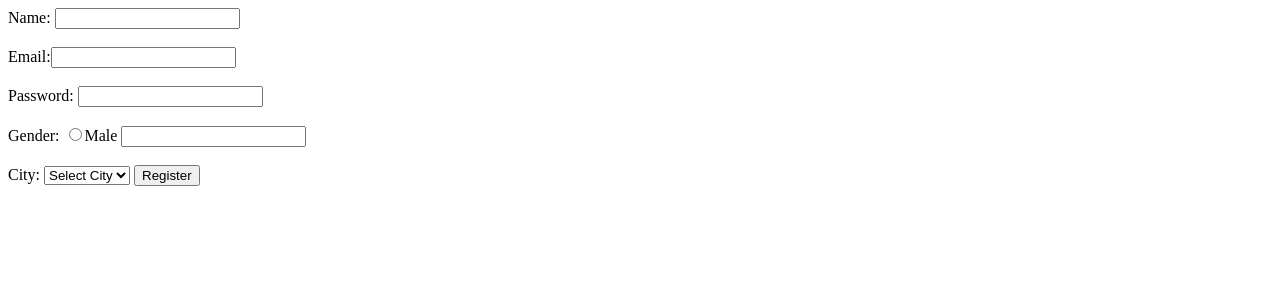
Repository: Ajay9554/javaPrograms
Page: http://localhost/RegisterLogin/
These files come from the project's save history. The page is drawn as it stood at one moment and after the next save; the edit follows.
The browser window is 1280 px wide. The pictures show the whole page.
The page is served by Tomcat 9. Other server files are loaded and not shown.

Above is the page before, as saved 2023-10-16 20:40:09.

### eclipse-workspace/aug1pro/RegisterLogin/src/main/webapp/index.jsp
<%@ page language="java" contentType="text/html; charset=UTF-8"
    pageEncoding="UTF-8"%>
<!DOCTYPE html>
<html>
<head>
<meta charset="UTF-8">
<title>Insert title here</title>
</head>
<body>
<form action="regForm" method="post">
Name: <input type="text" name="name"><br><br>
Email:<input type="email" name="email"><br><br>
Password: <input type="password" name="password"><br><br>
Gender: <input type="radio" name="gender">Male <input type="redio" name="gender"> <br><br>
City: <select name="city">
<option>Select City</option>
<option>Delhi</option>
<option>Mumbai</option>
<option>Pune</option>
<option>Banglore</option>

</select>
<input type="submit" value="Register">


</form>



</body>
</html>

After the next save:
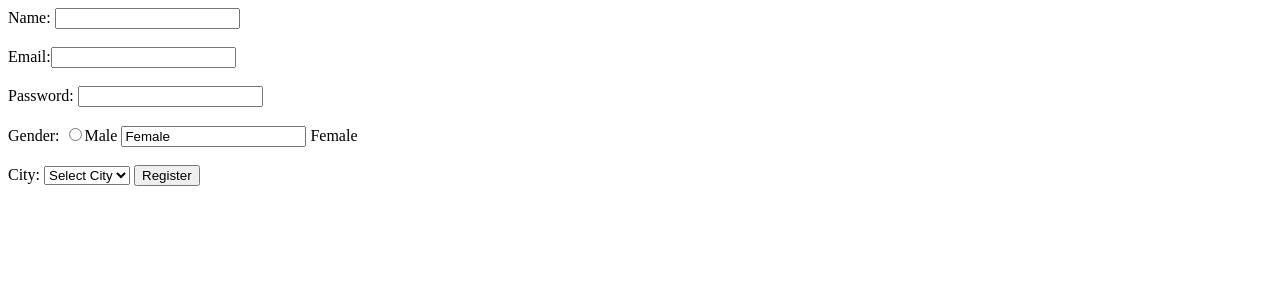
Saved 90 s later.
--- a/eclipse-workspace/aug1pro/RegisterLogin/src/main/webapp/index.jsp
+++ b/eclipse-workspace/aug1pro/RegisterLogin/src/main/webapp/index.jsp
@@ -11,7 +11,7 @@
 Name: <input type="text" name="name"><br><br>
 Email:<input type="email" name="email"><br><br>
 Password: <input type="password" name="password"><br><br>
-Gender: <input type="radio" name="gender">Male <input type="redio" name="gender"> <br><br>
+Gender: <input type="radio" name="gender" value="Male">Male <input type="redio" name="gender" value="Female"> Female <br><br>
 City: <select name="city">
 <option>Select City</option>
 <option>Delhi</option>
